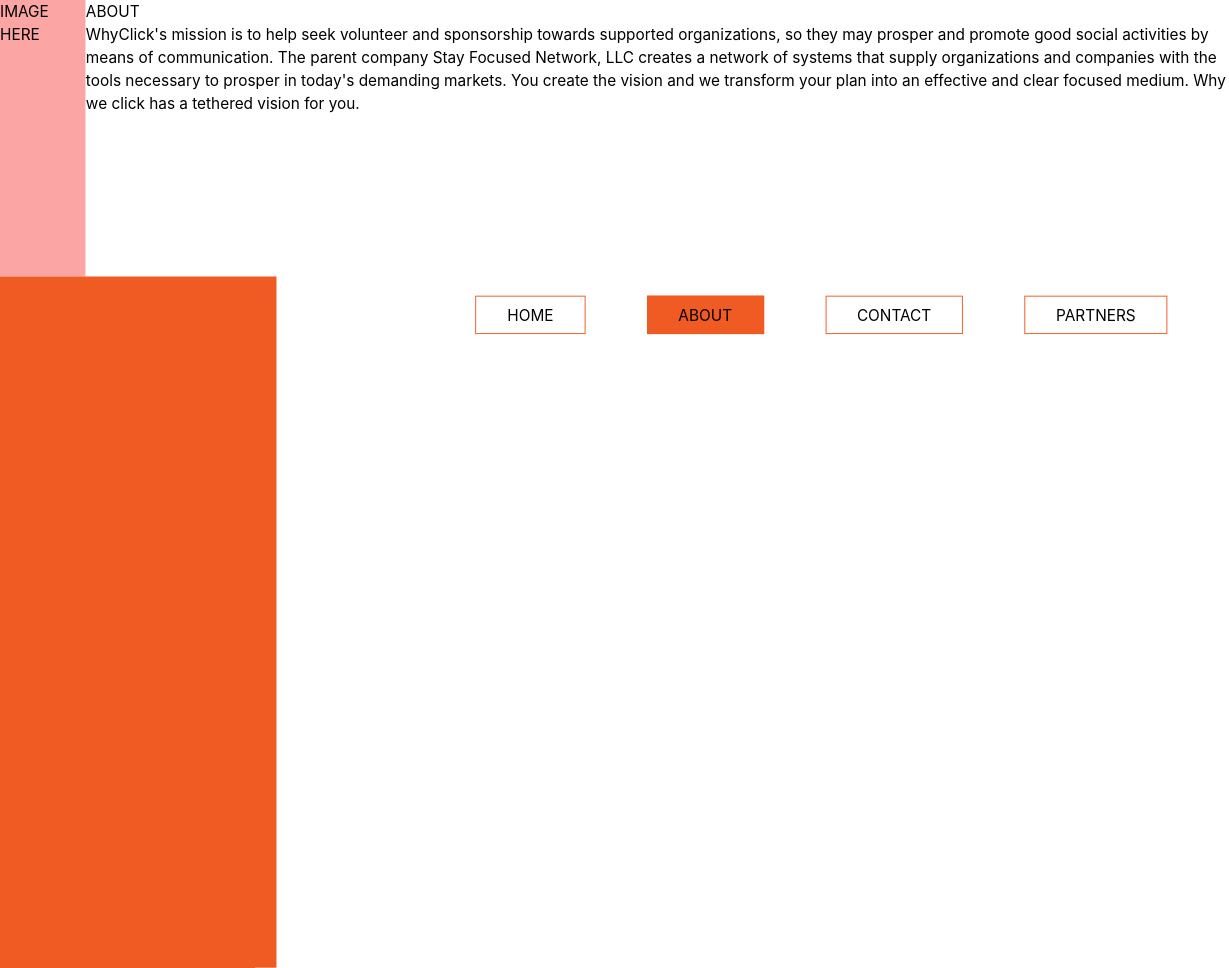
Repository: legenddev1202/whyclicktv
Page: /about
The author's editor kept a copy of each file at every save. The page is drawn from the files as they stood at one save, then again after the next save.
The browser window is 1280 px wide. The pictures show the whole page, at 96% of full size.
The project was rebuilt for these pictures with package versions that can differ from the ones it lists, and the page was loaded fresh each time. Also part of the build but not shown: src/pages/home.js, src/App.css.

Above is the page before, as saved 2022-03-31 09:01:33.

### src/index.css
@tailwind base;
@tailwind components;
@tailwind utilities;

body {
  margin: 0;
  font-family: -apple-system, BlinkMacSystemFont, "Segoe UI", "Roboto", "Oxygen",
    "Ubuntu", "Cantarell", "Fira Sans", "Droid Sans", "Helvetica Neue",
    sans-serif;
  -webkit-font-smoothing: antialiased;
  -moz-osx-font-smoothing: grayscale;
  height: 100%;
  min-height: 500px;
}

code {
  font-family: source-code-pro, Menlo, Monaco, Consolas, "Courier New",
    monospace;
}

### src/App.js
import { Routes, Route, Link } from "react-router-dom";
import Home from "./pages/home";
import About from "./pages/about";
import "./App.css";

function App() {
  return (
    <Routes>
      <Route path="/" element={<Home />} />
      <Route path="about" element={<About />} />
    </Routes>
  );
}

export default App;

### src/pages/about.js
import React from "react";
import { Routes, Route, Link } from "react-router-dom";

function About() {
  return (
    <div>
      <div className="flex justify-between z-20 inset-0">
        <div className="w-72 h-72 bg-red-300">IMAGE HERE</div>
        <div>
          <div>ABOUT</div>
          <div>
            WhyClick's mission is to help seek volunteer and sponsorship towards
            supported organizations, so they may prosper and promote good social
            activities by means of communication. The parent company Stay
            Focused Network, LLC creates a network of systems that supply
            organizations and companies with the tools necessary to prosper in
            today's demanding markets. You create the vision and we transform
            your plan into an effective and clear focused medium. Why we click
            has a tethered vision for you.
          </div>
        </div>
      </div>
      <div
        className="absolute w-72 h-full left-0 z-10"
        style={{ backgroundColor: "#F05A23" }}
      ></div>
      <div className="bg-transparent w-full h-20 flex items-center px-8 justify-between">
        <div className="h-20">
          <img
            className="logo-icon h-full"
            src="assets/images/logos/logo.svg"
            alt="logo"
          />
        </div>
        <div className="">
          <button
            className="h-10 px-8 mx-8 border"
            style={{ borderColor: "#F05A23" }}
          >
            <Link to="/">HOME</Link>
          </button>
          <button
            className="h-10 px-8 mx-8 border"
            style={{ borderColor: "#F05A23", backgroundColor: "#F05A23" }}
          >
            <Link to="/about">ABOUT</Link>
          </button>
          <button
            className="h-10 px-8 mx-8 border"
            style={{ borderColor: "#F05A23" }}
          >
            <Link to="/contact">CONTACT</Link>
          </button>
          <button
            className="h-10 px-8 mx-8 border"
            style={{ borderColor: "#F05A23" }}
          >
            <Link to="/contact">PARTNERS</Link>
          </button>
        </div>
      </div>
      <nav>
        <Link to="/">Home</Link>
      </nav>
    </div>
  );
}

export default About;

Loaded but not shown: public/index.html (common file); src/index.js (common file); src/reportWebVitals.js (common file); tailwind.config.js (common file)

After the next save:
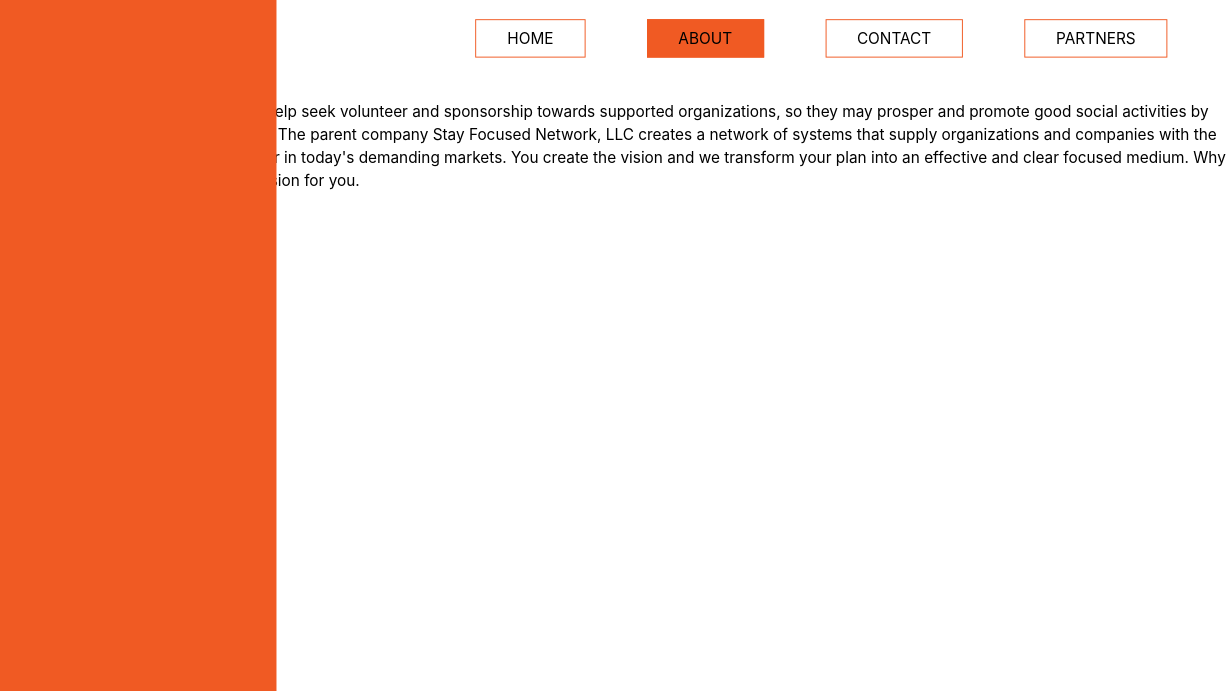
Saved 25 s later.
--- a/src/pages/about.js
+++ b/src/pages/about.js
@@ -4,22 +4,6 @@ import { Routes, Route, Link } from "react-router-dom";
 function About() {
   return (
     <div>
-      <div className="flex justify-between z-20 inset-0">
-        <div className="w-72 h-72 bg-red-300">IMAGE HERE</div>
-        <div>
-          <div>ABOUT</div>
-          <div>
-            WhyClick's mission is to help seek volunteer and sponsorship towards
-            supported organizations, so they may prosper and promote good social
-            activities by means of communication. The parent company Stay
-            Focused Network, LLC creates a network of systems that supply
-            organizations and companies with the tools necessary to prosper in
-            today's demanding markets. You create the vision and we transform
-            your plan into an effective and clear focused medium. Why we click
-            has a tethered vision for you.
-          </div>
-        </div>
-      </div>
       <div
         className="absolute w-72 h-full left-0 z-10"
         style={{ backgroundColor: "#F05A23" }}
@@ -59,9 +43,22 @@ function About() {
           </button>
         </div>
       </div>
-      <nav>
-        <Link to="/">Home</Link>
-      </nav>
+      <div className="flex justify-between z-20 inset-0">
+        <div className="w-72 h-72 bg-red-300">IMAGE HERE</div>
+        <div>
+          <div>ABOUT</div>
+          <div>
+            WhyClick's mission is to help seek volunteer and sponsorship towards
+            supported organizations, so they may prosper and promote good social
+            activities by means of communication. The parent company Stay
+            Focused Network, LLC creates a network of systems that supply
+            organizations and companies with the tools necessary to prosper in
+            today's demanding markets. You create the vision and we transform
+            your plan into an effective and clear focused medium. Why we click
+            has a tethered vision for you.
+          </div>
+        </div>
+      </div>
     </div>
   );
 }
